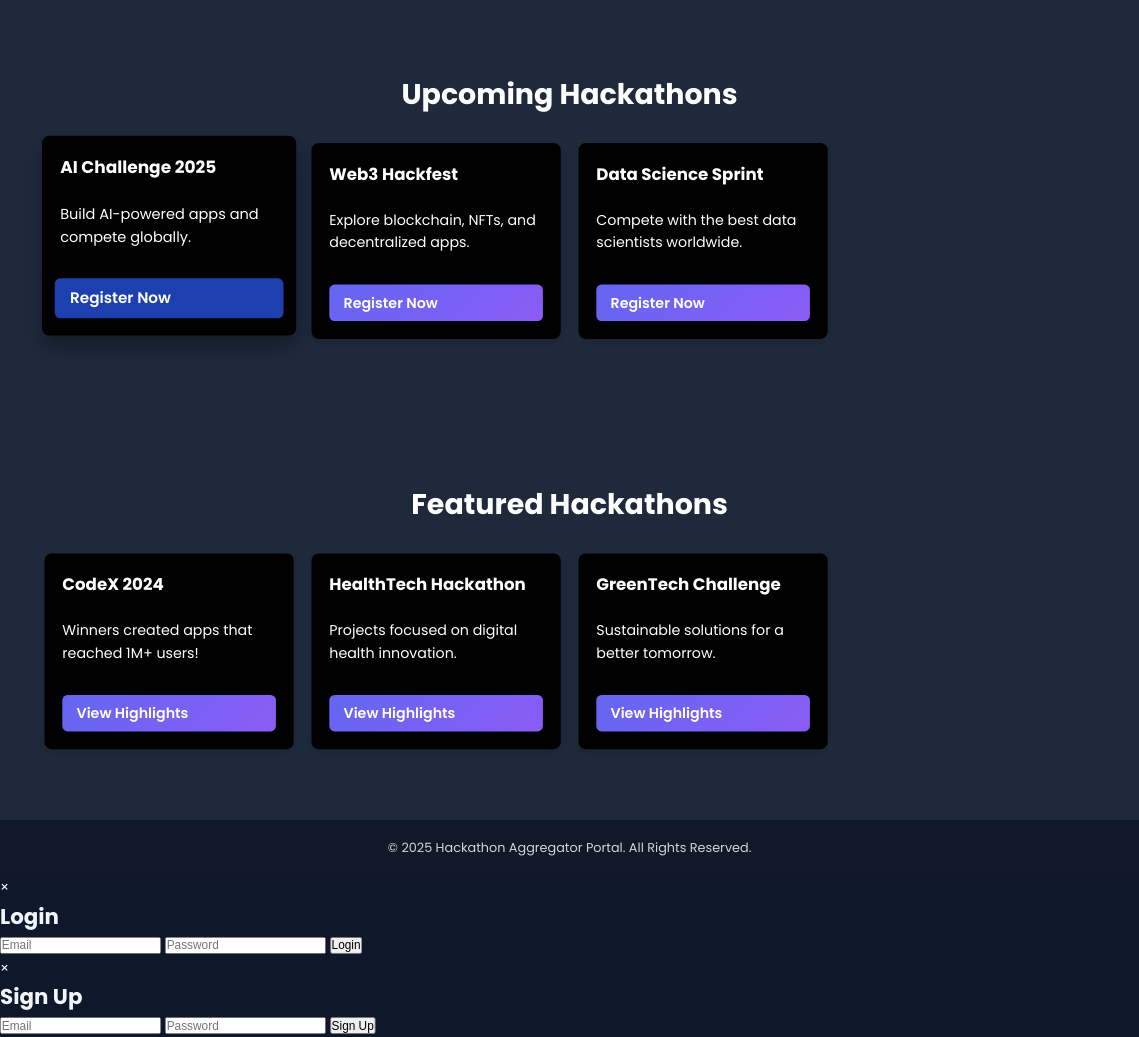
Repository: masihuddin-tech/Hackathon-Project
Page: index.html
An editor plug-in stored every save of this project. The page is shown before and after the next save, followed by the edit.
The browser window is 1280 px wide. The pictures show the part of the page from y = 720 to 1885 px (the page is 1885 px tall), at 89% of full size.
The pointer rests on the first visible `.card a`.
Backgrounds fixed to the window are drawn as part of the page.

Above is the page before, as saved 2025-09-04 10:39:27.
Not found: app.js

After the next save:
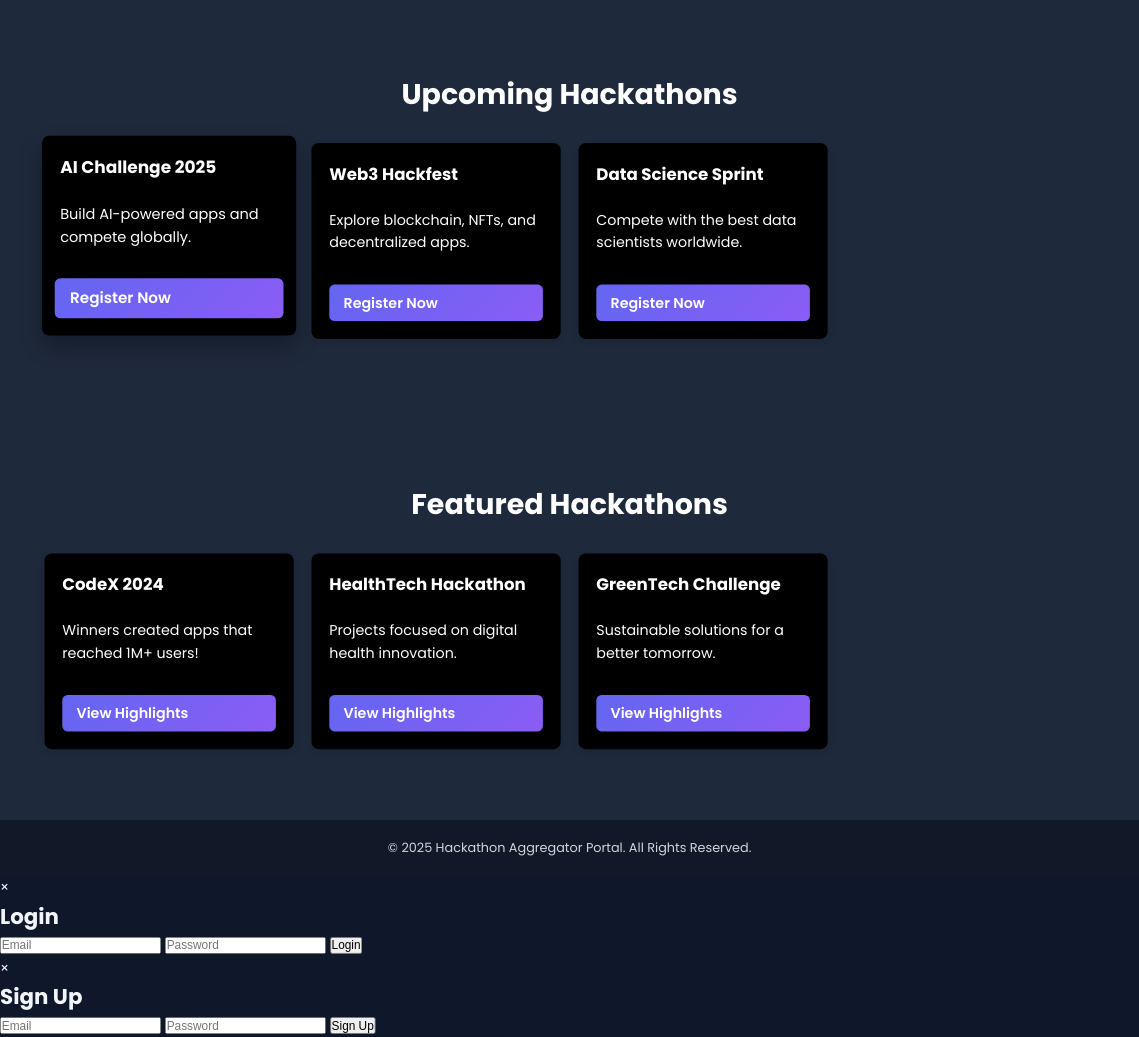
Saved 13 s later.
--- a/style.css
+++ b/style.css
@@ -219,7 +219,7 @@ body {
 }
 
 .card a:hover {
-  background: #1e40af;   /* darker blue on hover */
+  background: linear-gradient(135deg, #6366f1, #8b5cf6);   /* darker blue on hover */
   transform: scale(1.05); /* slight zoom effect */
 }
 
